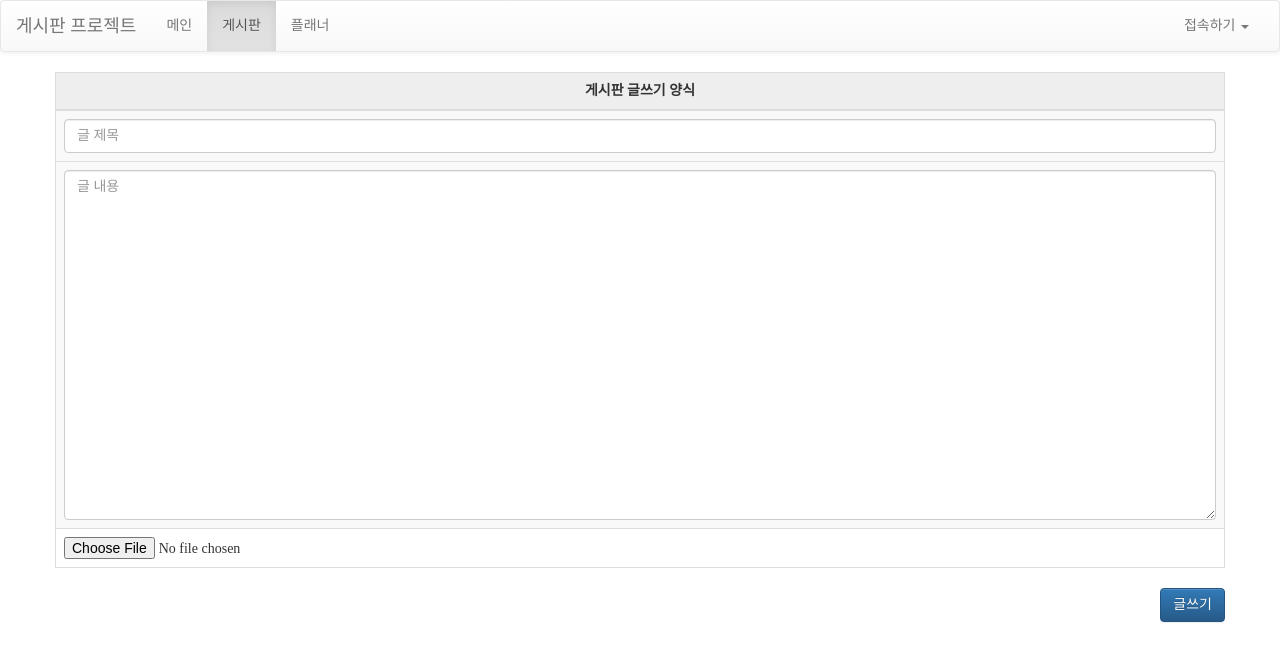
Repository: Seok7975/Project_PlannerSharingBoard
Page: http://localhost/ToDoList공유_게시판_ver3/write.jsp?bbsCategory=all
These files come from the project's save history. The page is drawn as it stood at one moment and after the next save; the edit follows.
The browser window is 1280 px wide. The pictures show the whole page.
Some web fonts or font styles are not loaded; a fallback is used. Some web libraries are served in a nearby version. The page is served by Tomcat 9.

Above is the page before, as saved 2024-06-25 07:26:03.

After the next save:
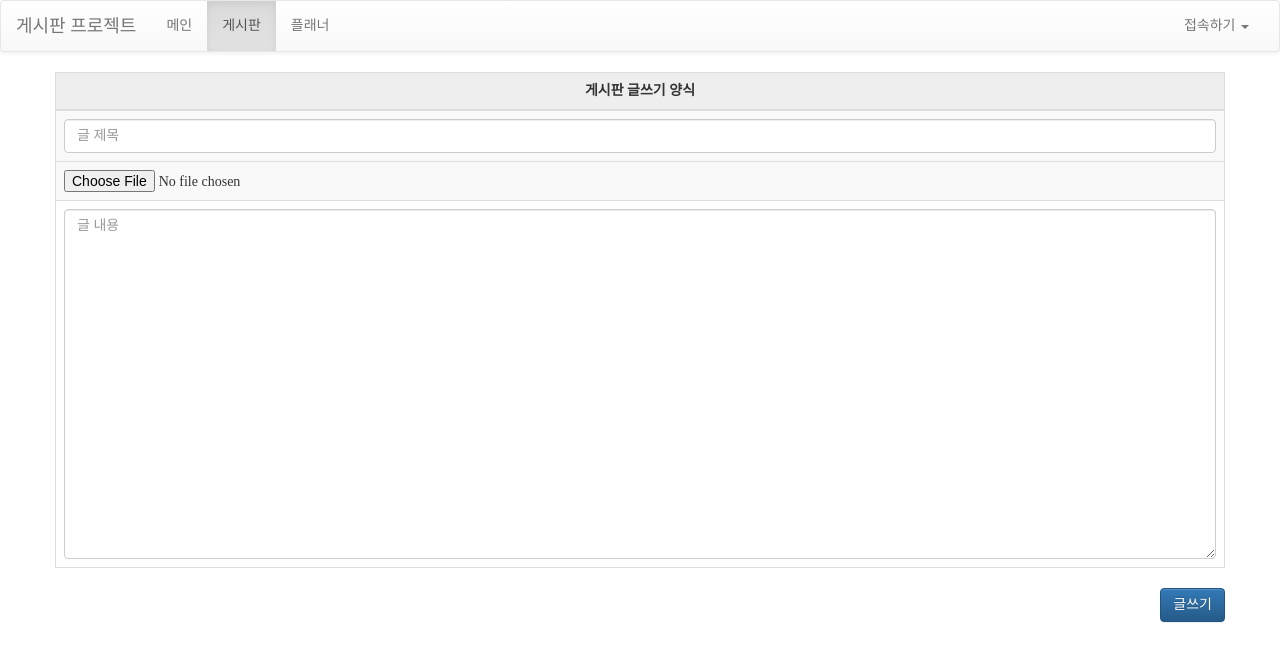
Saved 20 h 0 min later.
--- a/List_Projects_ver3/ToDoList공유 게시판_ver3/src/main/webapp/write.jsp
+++ b/List_Projects_ver3/ToDoList공유 게시판_ver3/src/main/webapp/write.jsp
@@ -85,11 +85,12 @@
 							<td><input type="text" class="form-control" placeholder="글 제목" name="bbsTitle" maxlength="50"></td>
 						<tr>
 						<tr>
+							<td><input type="file" class="form-control-file" name="uploadFile"></td>
+						</tr>
+						<tr>
 							<td><textarea type="text" class="form-control" placeholder="글 내용" name="bbsContent" maxlength="9999" style="height: 350px;"></textarea></td>
 						</tr>
-						<tr>
-							<td><input type="file" class="form-control-file" name="uploadFile"></td>
-						</tr>
+
 					</tbody>
 				</table>
 				<input type="submit" class="btn btn-primary pull-right" value="글쓰기">
